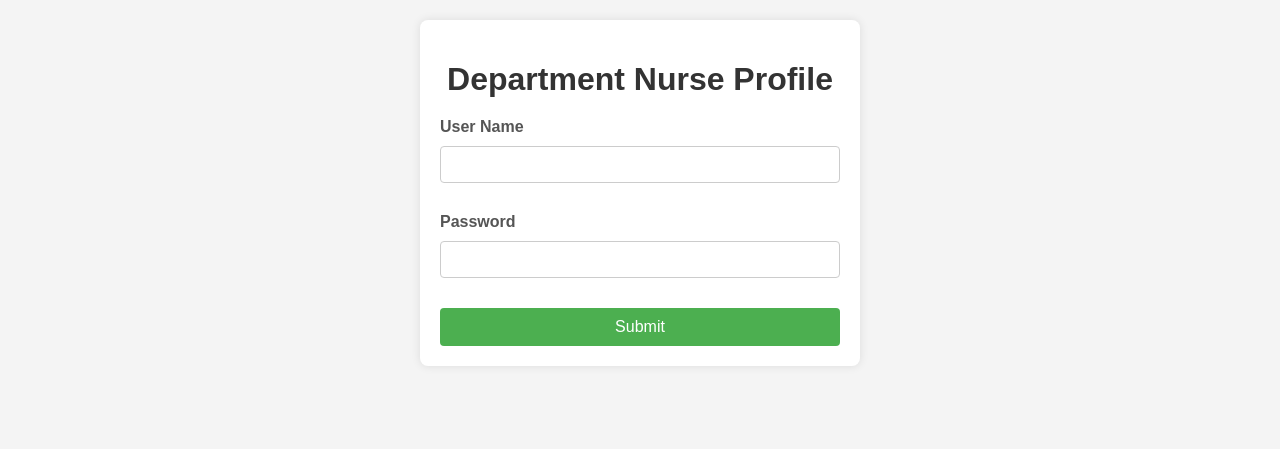
Repository: OmarAl-Saleh/Hospital-Emergency-System
Page: http://localhost/EmergencySystem/department_nurse/sign-up.jsp
These files come from the project's save history. The page is drawn as it stood at one moment and after the next save; the edit follows.
The browser window is 1280 px wide. The pictures show the whole page.
The page is served by Tomcat 9.

Above is the page before, as saved 2024-05-25 17:37:37.

After the next save:
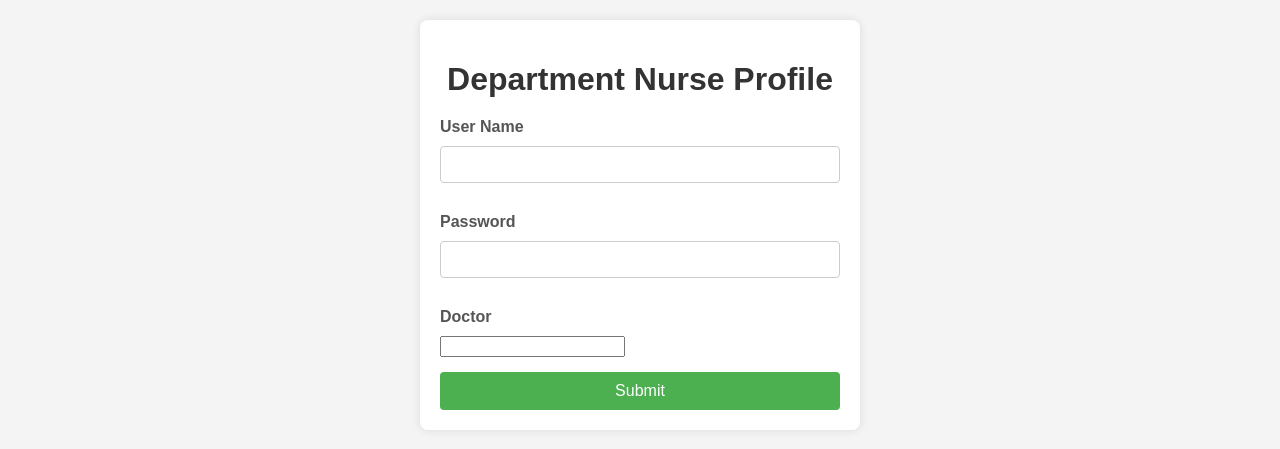
Saved 15 min 6 s later.
--- a/EmergencySystem/EmergencySystem/src/main/webapp/department_nurse/sign-up.jsp
+++ b/EmergencySystem/EmergencySystem/src/main/webapp/department_nurse/sign-up.jsp
@@ -75,6 +75,10 @@
             <label for="password">Password</label>
             <input type="password" id="password" name="password" required/>
         </div>
+        <div class="form-group">
+            <label for="doctor">Doctor</label>
+            <input type="doctor" id="doctor" name="doctor" required/>
+        </div>
         <input type="submit" value="Submit"/>
     </form>
 </body>
